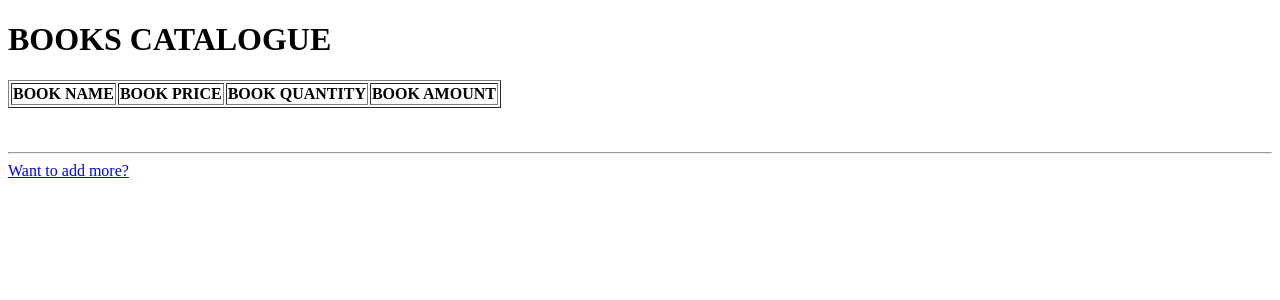
Repository: nikhilbad7/jsp-practicals
Page: http://localhost/classwork/exp13show.jsp
An editor plug-in stored every save of this project. The page is shown before and after the next save, followed by the edit.
The browser window is 1280 px wide. The pictures show the whole page.
The page is served by Tomcat 9. Queries for data that is not in the repository find no rows.

Above is the page before, as saved 2018-04-12 06:25:04.

After the next save:
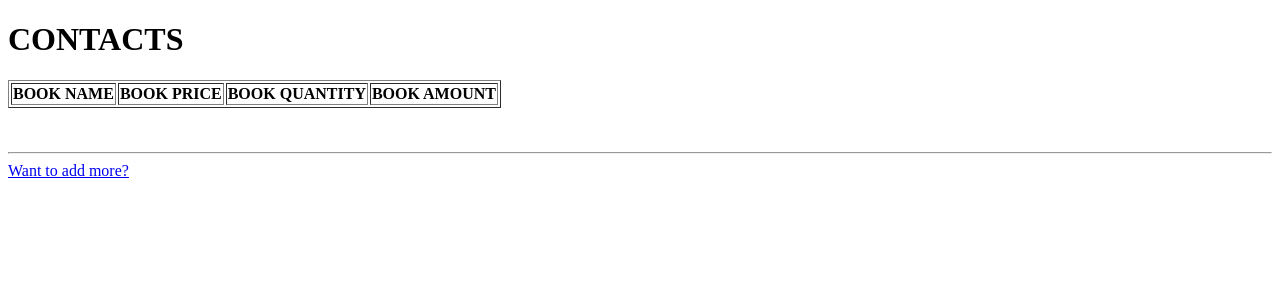
Saved 37 s later.
--- a/classwork/WebContent/exp13show.jsp
+++ b/classwork/WebContent/exp13show.jsp
@@ -7,7 +7,7 @@
 <title>SHOW CONTACTS</title>
 </head>
 <body>
-<h1>BOOKS CATALOGUE </h1>
+<h1>CONTACTS </h1>
 <%
 try {
 /* Create string of connection url within specified format with machine name,
